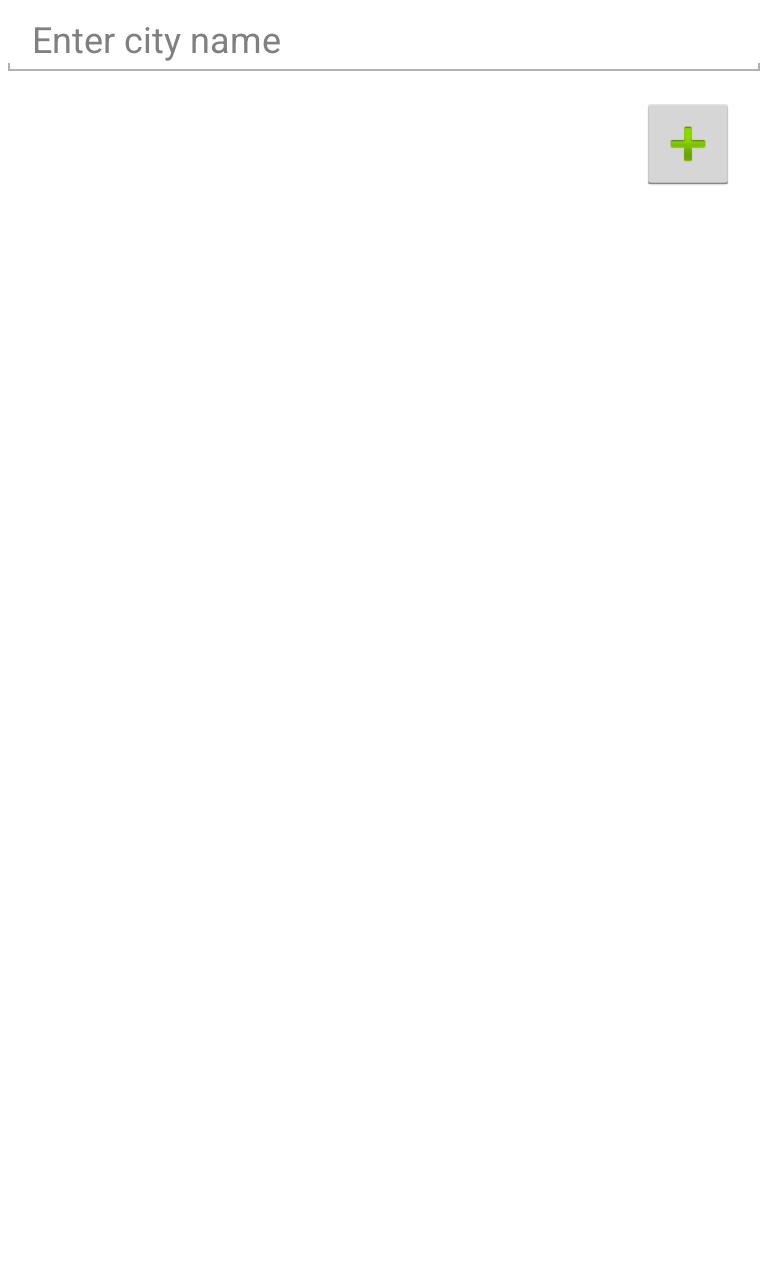
Repository: sandeshshetty/TravelZeus
Layout: TravelZeus/res/layout/fragment_home.xml
These files come from the project's save history. The layout is drawn as it stood at one moment and after the next save; the edit follows.
It is drawn on a 768 x 1280 px phone screen (xhdpi) without system bars, with theme AppTheme; the app's code is not run. The app's manifest (not shown) leaves right-to-left support off. So textAlignment, textDirection and layoutDirection are ignored, and left and right values win over start and end ones.

Above is the layout before, as saved 2015-05-16 11:23:01.

### TravelZeus/res/layout/fragment_home.xml
<?xml version="1.0" encoding="utf-8"?>
<LinearLayout xmlns:android="http://schemas.android.com/apk/res/android"
    android:layout_width="match_parent"
    android:layout_height="match_parent"
    android:orientation="vertical" >

    <LinearLayout
        android:layout_width="match_parent"
        android:layout_height="wrap_content"
        android:orientation="horizontal">

        <EditText
        	android:id="@+id/homeSearchBar"
        	android:paddingLeft="16dp"
        	android:layout_width="match_parent"
        	android:layout_height="wrap_content"
        	android:hint="@string/home_search"
        	android:gravity="0.9" />

        <ImageButton
            android:src="@android:drawable/ic_menu_search"
            android:id="@+id/homeSearchButton"
            android:layout_width="wrap_content"
            android:layout_height="wrap_content"
            android:contentDescription="@string/search"
            />


    </LinearLayout>

    <ImageButton
        android:src="@android:drawable/ic_input_add"
        android:id="@+id/homeAddButton"
        android:layout_width="48dp"
        android:layout_height="48dp"
        android:layout_marginBottom="16dp"
        android:layout_marginEnd="16dp"
        android:layout_gravity="end|bottom"
        android:contentDescription="@string/add_new_place"/>

</LinearLayout>

### TravelZeus/res/values/strings.xml
<?xml version="1.0" encoding="utf-8"?>
<resources>

    <string name="app_name">Travel Zeus</string>
    <string name="hello_world">Hello world!</string>
    <string name="action_settings">Settings</string>
    <string name="home_search">Enter city name</string>
    <string name="search">Search</string>
    <string name="add_new_place">Add new place</string>

</resources>

Loaded but not shown: TravelZeus/res/values/styles.xml (common file); TravelZeus/res/values-v11/styles.xml (common file); TravelZeus/res/values-v14/styles.xml (common file)

After the next save:
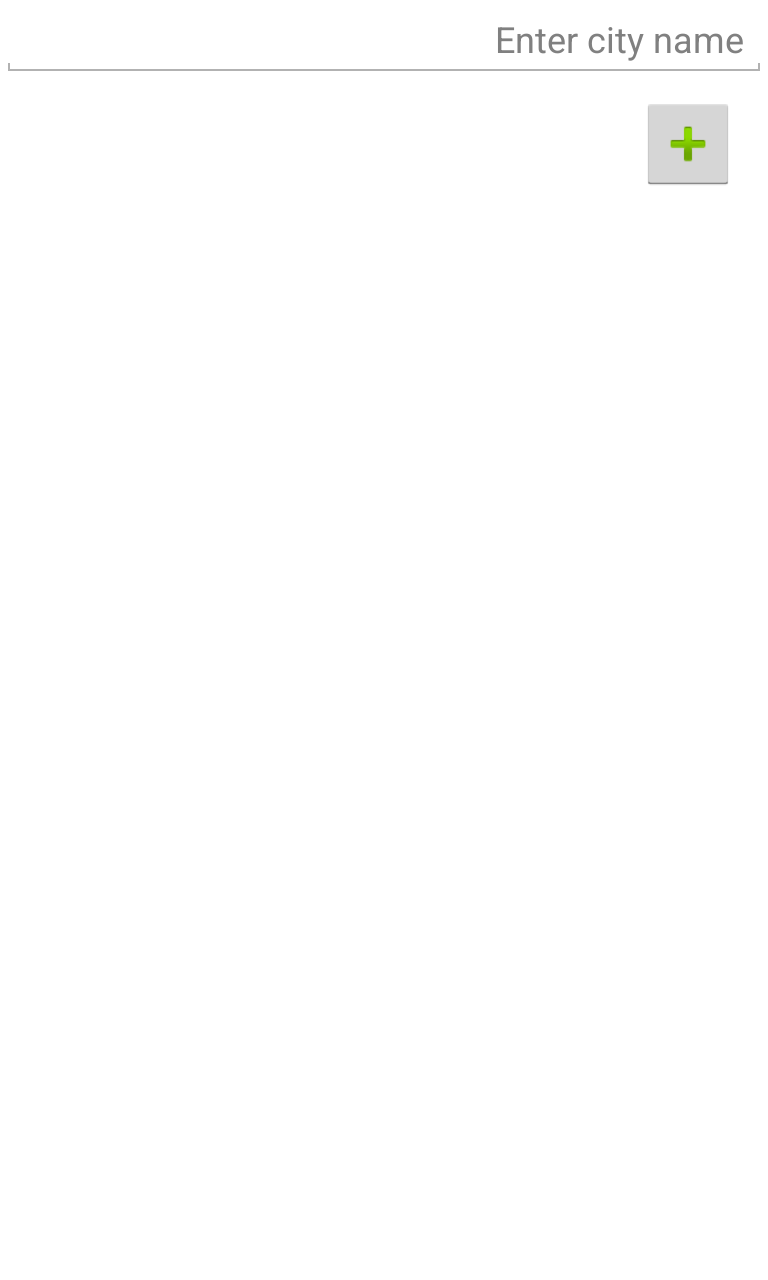
Saved 10 s later.
--- a/TravelZeus/res/layout/fragment_home.xml
+++ b/TravelZeus/res/layout/fragment_home.xml
@@ -15,7 +15,7 @@
         	android:layout_width="match_parent"
         	android:layout_height="wrap_content"
         	android:hint="@string/home_search"
-        	android:gravity="0.9" />
+        	android:gravity="5" />
 
         <ImageButton
             android:src="@android:drawable/ic_menu_search"

After the save that followed:
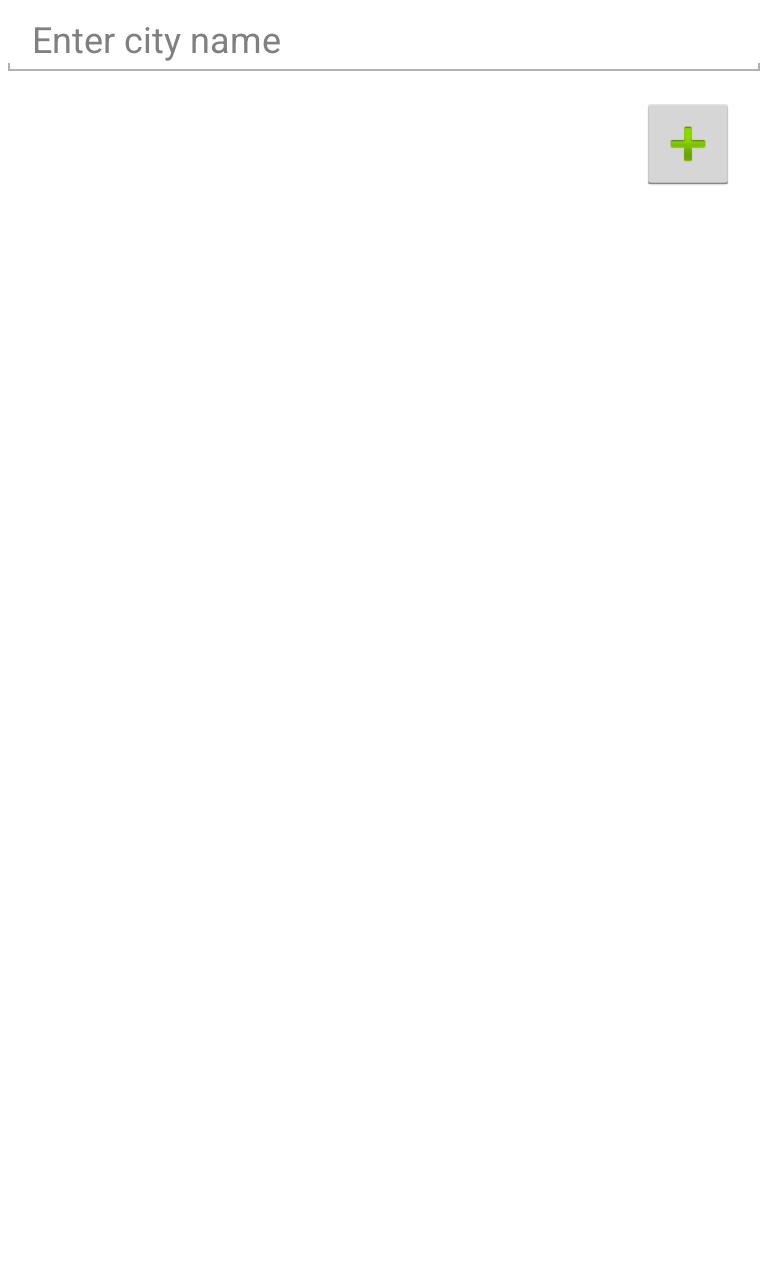
Saved 20 s later.
--- a/TravelZeus/res/layout/fragment_home.xml
+++ b/TravelZeus/res/layout/fragment_home.xml
@@ -15,7 +15,7 @@
         	android:layout_width="match_parent"
         	android:layout_height="wrap_content"
         	android:hint="@string/home_search"
-        	android:gravity="5" />
+        	android:layout_gravity="9" />
 
         <ImageButton
             android:src="@android:drawable/ic_menu_search"
